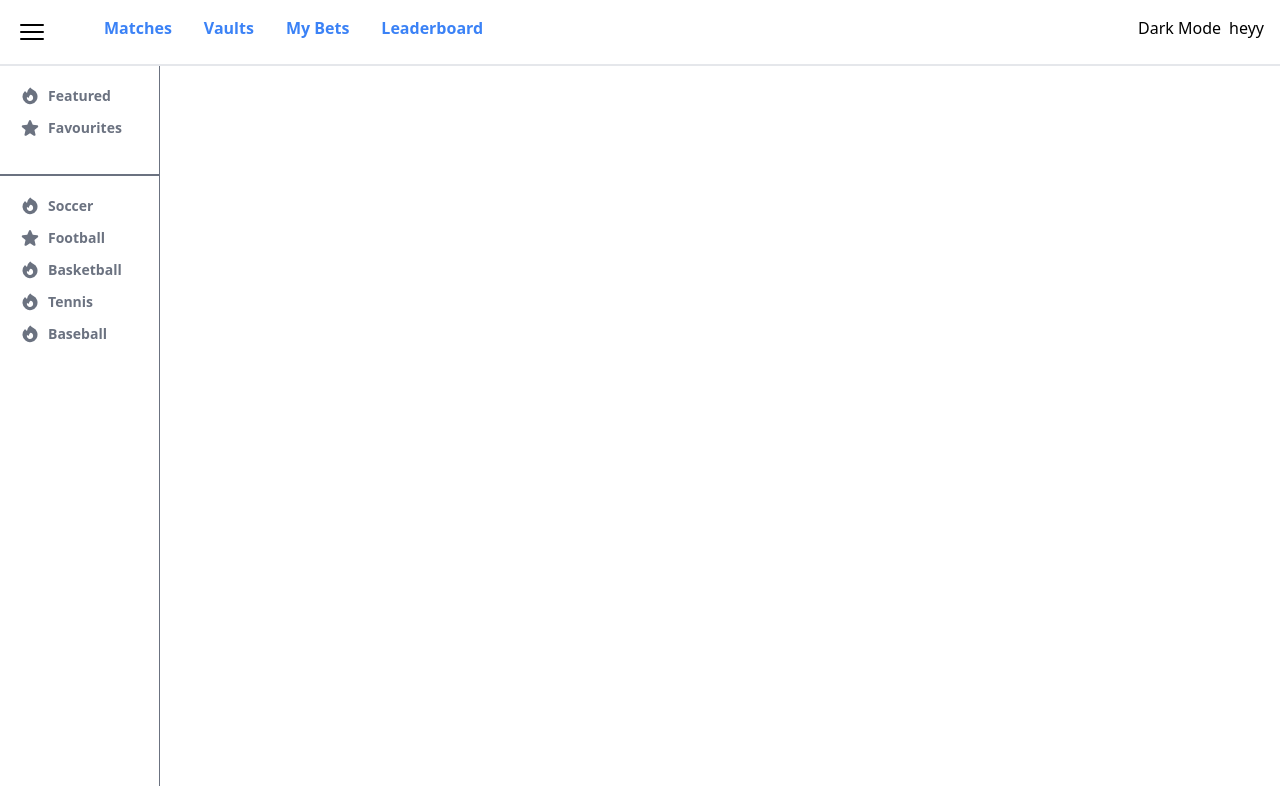
Repository: thekingisherenow/Betterbook
Page: /
These files come from the project's save history. The page is drawn as it stood at one moment and after the next save; the edit follows.
The browser window is 1280 px wide. The pictures show the whole page.
The project was rebuilt for these pictures with package versions that can differ from the ones it lists, and the page was loaded fresh each time. The framework's server and built-in components were replaced by stand-ins that run in the browser. Also part of the build but not shown: next.config.js.

Above is the page before, as saved 2023-01-16 23:25:27.

### src/pages/_app.tsx
import type { AppProps } from 'next/app'
import { Provider } from 'react-redux'
import store from '../core/store'
import '../core/styles/root.css'

const App = (props: AppProps) => {
  const { Component, pageProps } = props
  return (
    <Provider store={store}>
      <Component {...pageProps} />
    </Provider>
  )
}

export default App

### src/pages/index.tsx
import type { NextPage } from 'next'
import { useEffect, useState } from 'react'
import API from '../core/services'
import { Game } from '../types/game'
import Sidebar from '../components/Typography/Sidebar'
import Header from '../components/Typography/Header'

const IndexPage: NextPage = () => {
  const [games, setGames] = useState<Game[]>([])

  useEffect(() => {
    API.games.fetchGames().then(setGames)
  }, [])

  return <div>
        <main className=''>

          {/* Header  */}
          <Header />
            {/* Sidebar */}
            <Sidebar/>
            {/* Center  */}

        </main>
  </div>
}

export default IndexPage

### src/core/store/index.ts
import { configureStore } from '@reduxjs/toolkit'
import { counterReducer } from './slices/counterSlice'

const store = configureStore({
  reducer: {
    counter: counterReducer,
  },
})

export default store

### src/core/services/index.ts
import * as gamesServices from './games'

const API = {
  games: gamesServices,
}

export default API

### src/components/Typography/Sidebar.tsx
import React from 'react'
import { FireIcon, StarIcon } from '@heroicons/react/24/solid'

function Sidebar() {
    return (
        <div className='text-gray-500 text-sm border-r h-screen w-40 border-gray-500'>
            <div>
                <div className='flex flex-col  p-5 space-y-3 font-semibold mb-4'>
                    <button className='flex items-center space-x-2 hover:text-blue-600'>
                        <FireIcon className='w-5 h-5' />
                        <p>Featured</p>
                    </button>
                    <button className='flex items-center space-x-2 hover:text-blue-600'>
                        <StarIcon className='w-5 h-5' />
                        <p>Favourites</p>
                    </button>
                </div>
                    <hr className='border-t-2 border-gray-500' />

                <div className='flex flex-col space-y-3  p-5 font-semibold mb-4'>
                    <button className='flex items-center space-x-2 hover:text-blue-600'>
                        <FireIcon className='w-5 h-5' />
                        <p>Soccer</p>
                    </button>
                    <button className='flex items-center space-x-2 hover:text-blue-600'>
                        <StarIcon className='w-5 h-5' />
                        <p>Football</p>
                    </button>
                    <button className='flex items-center space-x-2 hover:text-blue-600'>
                        <FireIcon className='w-5 h-5' />
                        <p>Basketball</p>
                    </button>
                    <button className='flex items-center space-x-2 hover:text-blue-600'>
                        <FireIcon className='w-5 h-5' />
                        <p>Tennis</p>
                    </button>
                    <button className='flex items-center space-x-2 hover:text-blue-600'>
                        <FireIcon className='w-5 h-5' />
                        <p>Baseball</p>
                    </button>
                </div>
            </div>
        </div>
    )
}

export default Sidebar

### src/components/Typography/Header.tsx
import { Bars3Icon } from '@heroicons/react/24/solid'
import React from 'react'
import NavLinks from './NavLinks'

function Header() {
  return (
    <header >
      <div className='p-4 flex text-center   border-b-2 '>
        <Bars3Icon className='h-8 w-8 cursor-pointer'/>
        <div className='ml-10'>
          {/* Nav Links */}
        <NavLinks />

        </div>
        <div className='flex space-x-2 justify-end ml-auto '>
          <div>
            Dark Mode
            </div>
            <div>
              heyy
              </div>
        </div>
      </div>
    </header>
  )
}

export default Header

### src/core/store/slices/counterSlice.ts
import { createSlice } from '@reduxjs/toolkit'

export const counterSlice = createSlice({
  name: 'counter',
  initialState: {
    count: 0,
  },
  reducers: {
    setCount(state, { payload }) {
      state.count = payload
    },
  },
})

export const counterReducer = counterSlice.reducer

### src/core/services/games.ts
import { Game } from '../../types/game'

export const fetchGames = (): Promise<Game[]> => {
  return Promise.resolve([
    {
      id: '1',
      name: 'Spain vs Argentina',
    },
  ])
}

### src/components/Typography/NavLinks.tsx
import React from 'react'
import { categories } from './constants'
import NavLink from './NavLink'

function NavLinks() {

    //const isActive is true if the url matches the current page.

  return (
    <nav>
      {categories.map((category)=>(
        <NavLink key={category} category={category} isActive={true} />
      ))}
    </nav>
  )
}

export default NavLinks

### src/components/Typography/constants.ts
import { Category } from "../../types/category"

export const categories : Category[] =[
    "Matches",
    "Vaults",
    "My Bets",
    "Leaderboard",
]

### src/components/Typography/NavLink.tsx
import Link from 'next/link';
import React from 'react'


type Props = {
    category: string;
    isActive: boolean;

}

function NavLink({category,isActive}:Props) {
  return (
    <Link href={'/${category}'}
        className={`cursor-pointer p-4 hover:font-bold hover:scale-110 transition-transform duration-200 ease-out ${isActive && 'text-blue-500 font-bold '}`}
    >
      {category}
    </Link>
  )
}

export default NavLink

### tailwind.config.js
/** @type {import('tailwindcss').Config} */
module.exports = {
  content: [
    './src/pages/**/*.{js,ts,jsx,tsx}',
    './src/components/**/*.{js,ts,jsx,tsx}',
    './src/modules/**/*.{js,ts,jsx,tsx}',
  ],
  theme: {
    extend: {},
  },
  plugins: [],
}

Loaded but not shown: src/core/styles/root.css (common file)

After the next save:
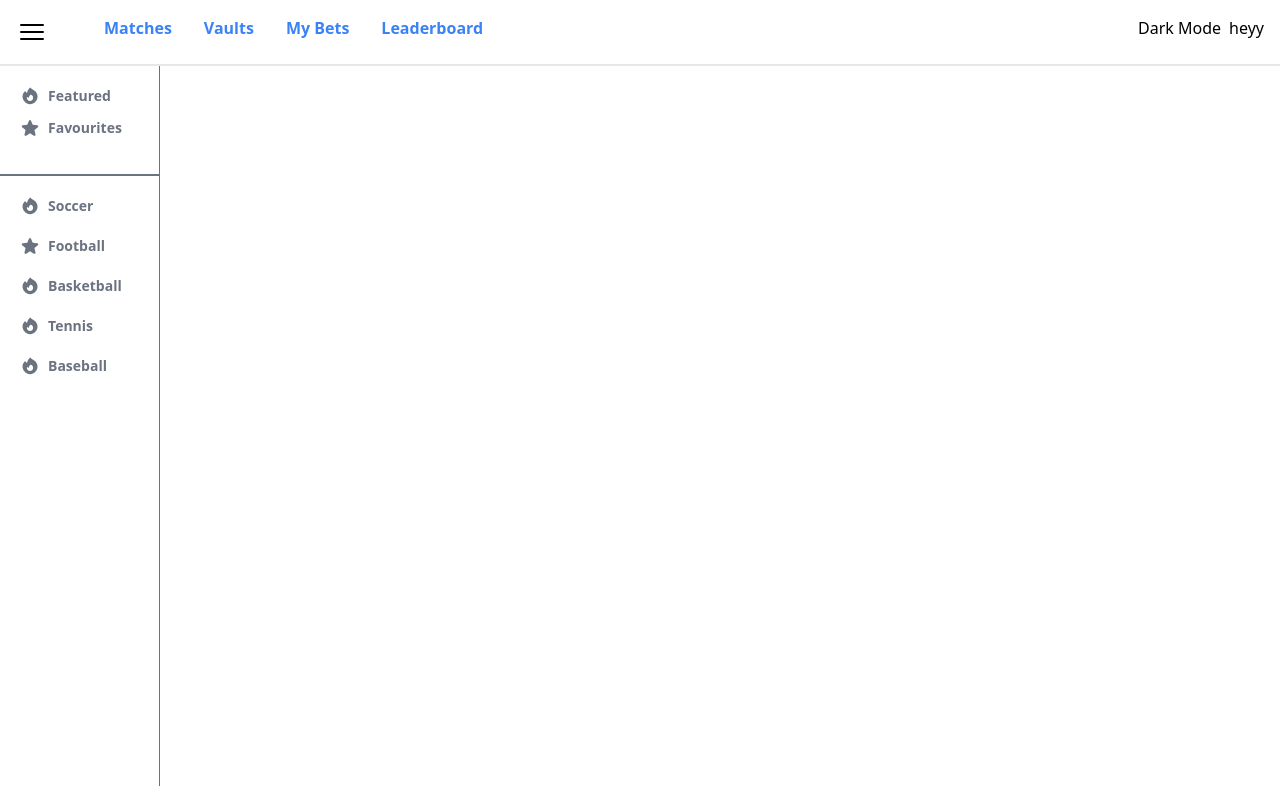
Saved 26 s later.
--- a/src/components/Typography/Sidebar.tsx
+++ b/src/components/Typography/Sidebar.tsx
@@ -17,7 +17,7 @@ function Sidebar() {
                 </div>
                     <hr className='border-t-2 border-gray-500' />
 
-                <div className='flex flex-col space-y-3  p-5 font-semibold mb-4'>
+                <div className='flex flex-col space-y-5  p-5 font-semibold mb-4'>
                     <button className='flex items-center space-x-2 hover:text-blue-600'>
                         <FireIcon className='w-5 h-5' />
                         <p>Soccer</p>
